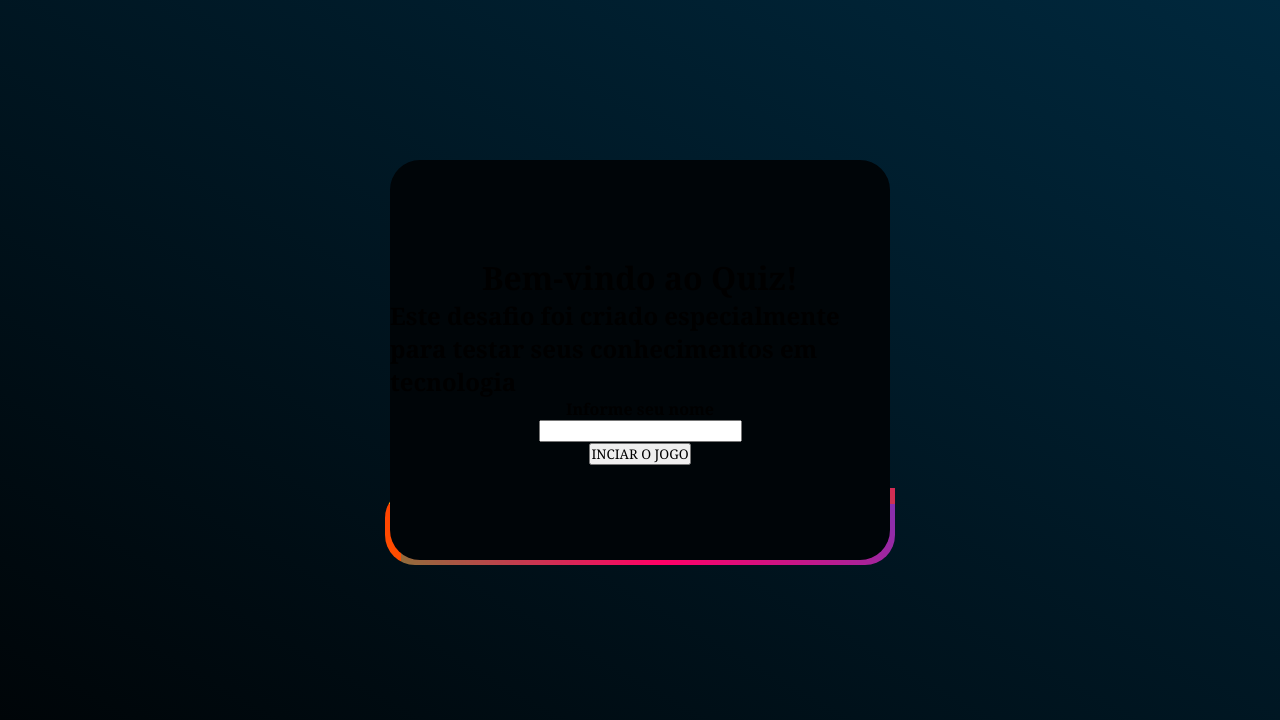
Repository: LaisSilvaO/Projeto-Quizz
Page: telas/apresentação.html
The author's editor kept a copy of each file at every save. The page is drawn from the files as they stood at one save, then again after the next save.
The browser window is 1280 px wide. The pictures show the whole page.

Above is the page before, as saved 2024-12-25 21:01:18.

After the next save:
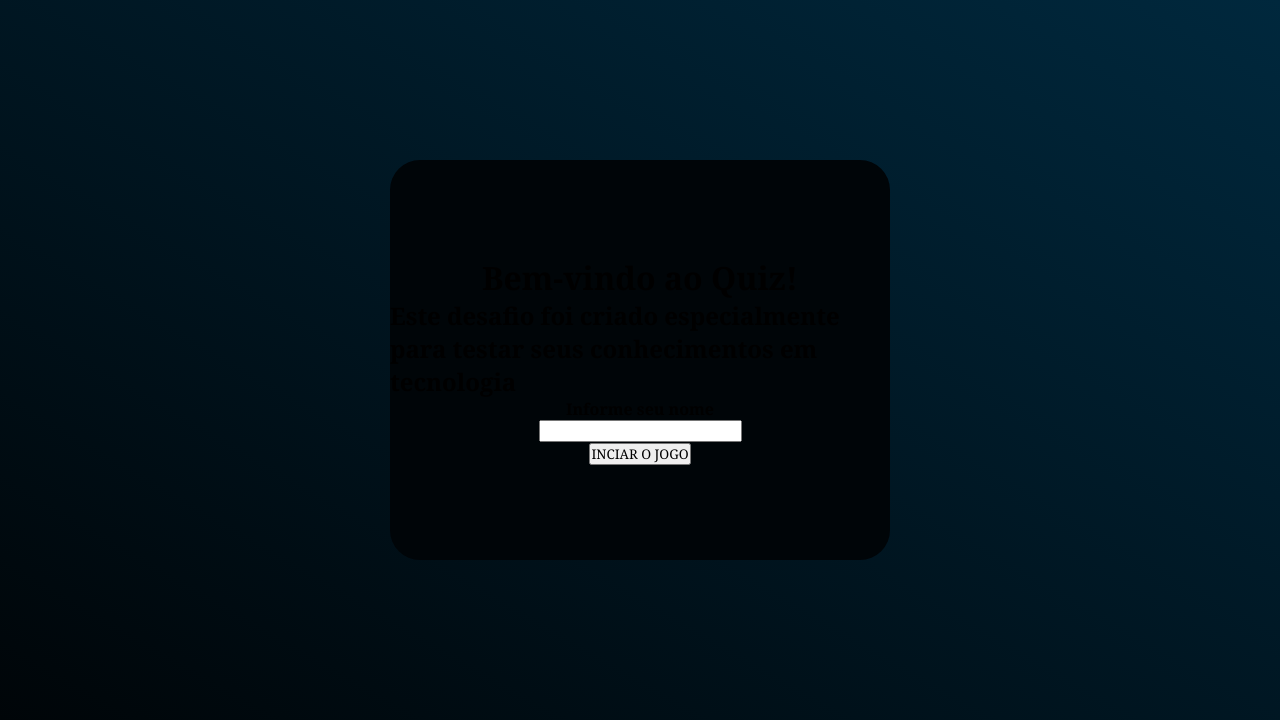
Saved 77 s later.
--- a/img/tela.css
+++ b/img/tela.css
@@ -77,7 +77,7 @@ main {
     left: 500px; /* Canto superior direito */
 }
 50% {
-    top: 0px;
+    top: 500px;
     left: 0px; /* Canto inferior direito */
 }
 75% {
